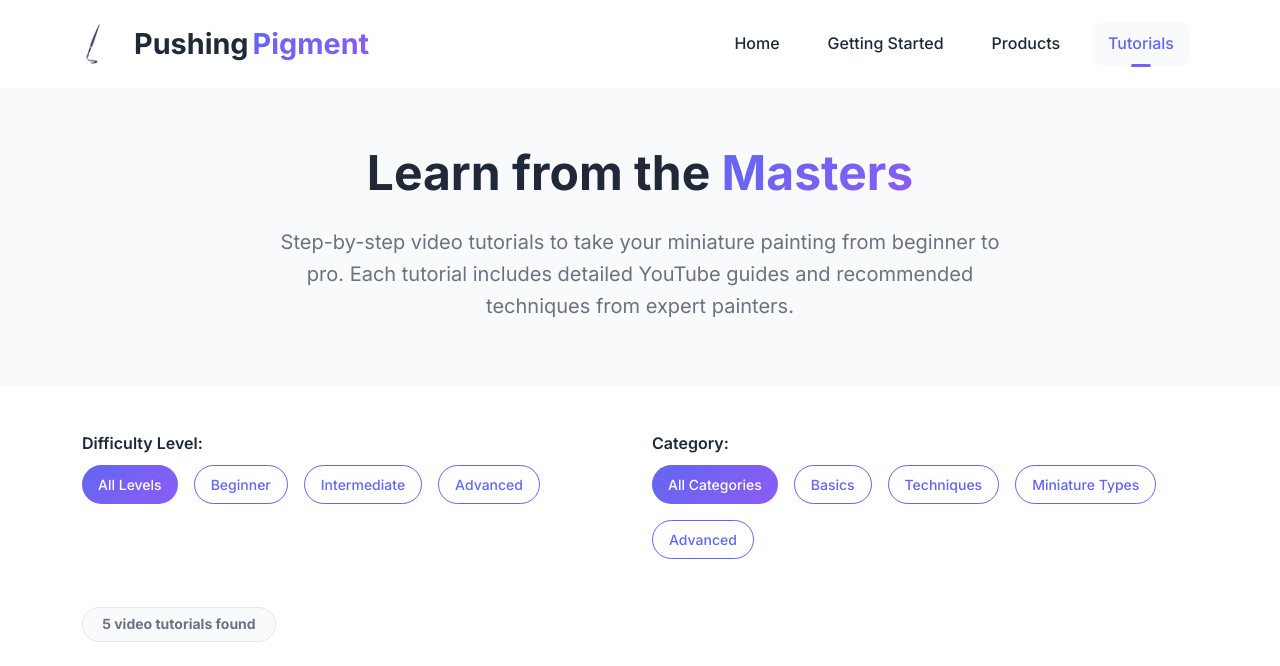
Repository: Aldentec/pushing-pigment-website
Page: /tutorials
An editor plug-in stored every save of this project. The page is shown before and after the next save, followed by the edit.
The browser window is 1280 px wide. The pictures show the part of the page from y = 0 to 666 px (the page is 2554 px tall).
Pictures or frames that could not be fetched are drawn as grey boxes. The project was rebuilt for these pictures with package versions that can differ from the ones it lists, and the page was loaded fresh each time. Also part of the build but not shown: src/components/Hero/Hero.css, src/components/Hero/Hero.jsx, src/pages/Home/Home.css, src/pages/Home/Home.jsx, src/components/ProductCard/ProductCard.jsx, src/data/products.js, src/pages/Products/Products.jsx, src/data/tieredProducts.js and 3 more.

Above is the page before, as saved 2025-08-16 16:30:31.

After the next save:
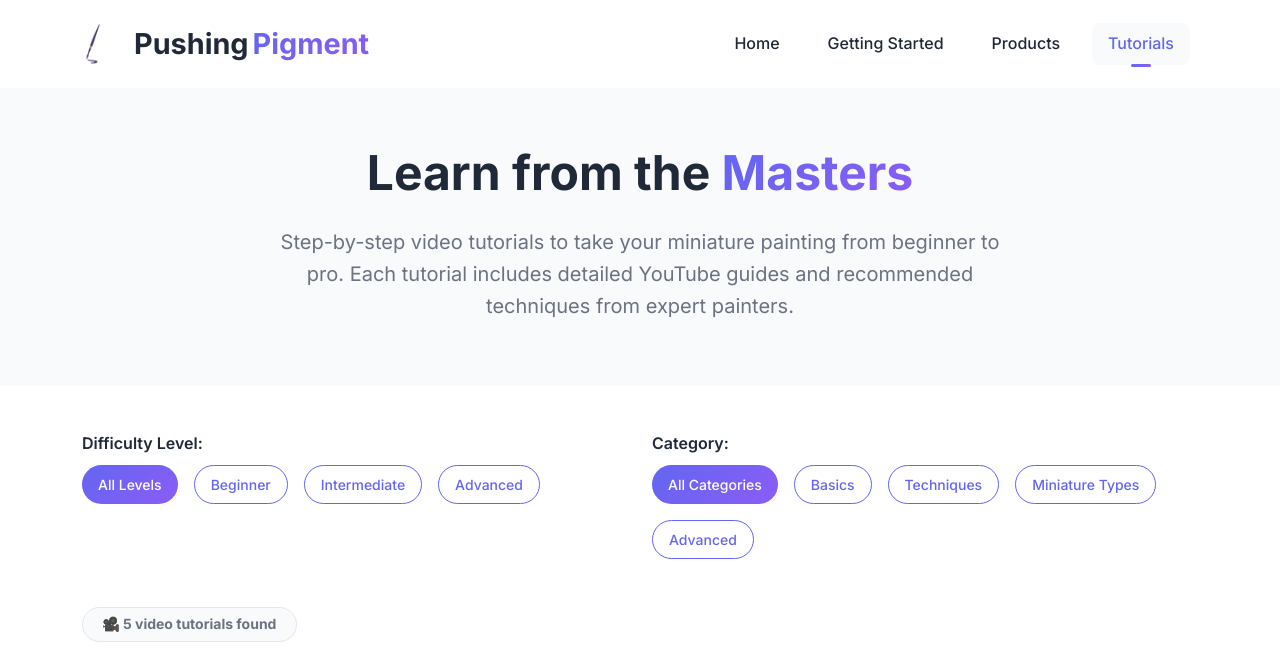
Saved 107 s later.
--- a/src/pages/Tutorials/Tutorials.jsx
+++ b/src/pages/Tutorials/Tutorials.jsx
@@ -159,7 +159,7 @@
         <Row className="mb-4">
           <Col>
             <Badge bg="light" text="dark" className="results-badge">
-              {filteredTutorials.length} video tutorials found
+              🎥 {filteredTutorials.length} video tutorials found
             </Badge>
           </Col>
         </Row>
@@ -183,8 +183,12 @@
                             alt={tutorial.title}
                             className="youtube-thumbnail"
                             onError={(e) => {
-                              // Fallback to high quality if maxres fails
-                              e.target.src = getYouTubeThumbnail(videoId, 'hqdefault');
+                              // Fallback to high quality if maxres fails, then to medium quality
+                              if (e.target.src.includes('maxresdefault')) {
+                                e.target.src = getYouTubeThumbnail(videoId, 'hqdefault');
+                              } else if (e.target.src.includes('hqdefault')) {
+                                e.target.src = getYouTubeThumbnail(videoId, 'mqdefault');
+                              }
                             }}
                           />
                           <div className="youtube-play-overlay">
@@ -195,10 +199,17 @@
                               </svg>
                             </div>
                           </div>
+                          <div className="video-indicator">
+                            <span className="video-badge">
+                              <span className="video-icon">🎥</span>
+                              VIDEO
+                            </span>
+                          </div>
                         </div>
                       ) : (
                         <div className="tutorial-image-placeholder">
                           <span className="tutorial-icon">{tutorial.icon || '🎥'}</span>
+                          <div className="placeholder-text">Video Tutorial</div>
                         </div>
                       )}
 
